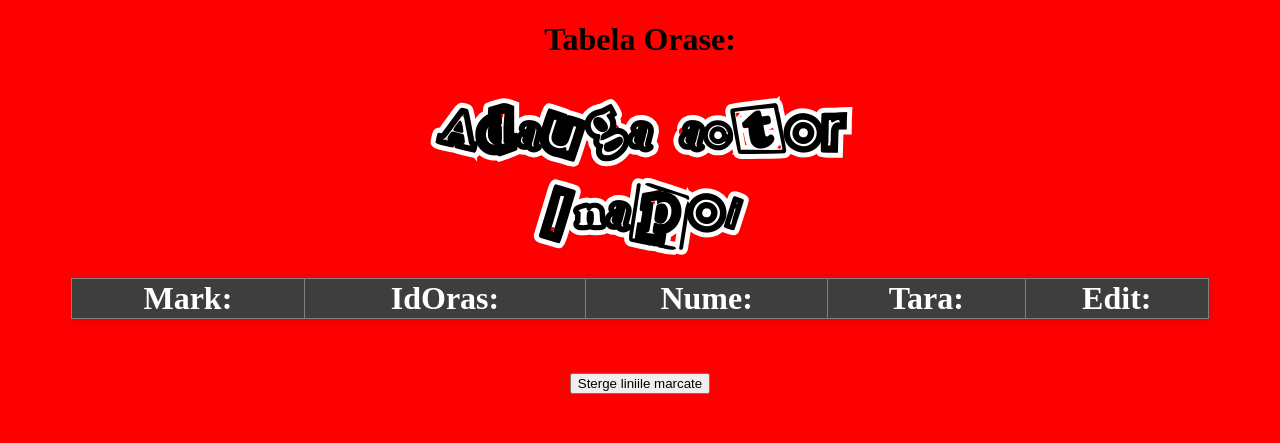
Repository: SusStefan/ActorDB
Page: http://localhost/Actori/tabela_orase.jsp
An editor plug-in stored every save of this project. The page is shown before and after the next save, followed by the edit.
The browser window is 1280 px wide. The pictures show the whole page.
The page is served by Tomcat 9. Queries for data that is not in the repository find no rows.

Above is the page before, as saved 2025-12-15 21:44:22.

After the next save:
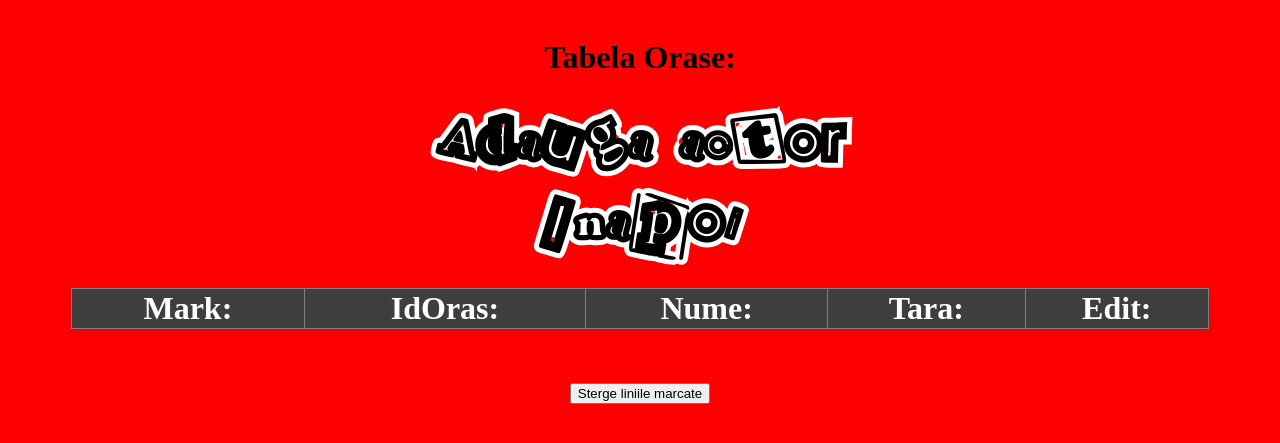
Saved 5 min 48 s later.
--- a/Actori/src/main/webapp/tabela_orase.jsp
+++ b/Actori/src/main/webapp/tabela_orase.jsp
@@ -10,8 +10,9 @@
  <jsp:useBean id="jb" scope="session" class="db.JavaBean" />
  <jsp:setProperty name="jb" property="*" />
  <body>
+ <div id="butholder2">
  <h1 align="center"> Tabela Orase:</h1>
- <br/>
+ </div>
 <a href="adauga_actor.jsp">
 <div class="cssbutton"><b class="sway-text"><strong>Adauga actor</strong></b></div>
 </a>
